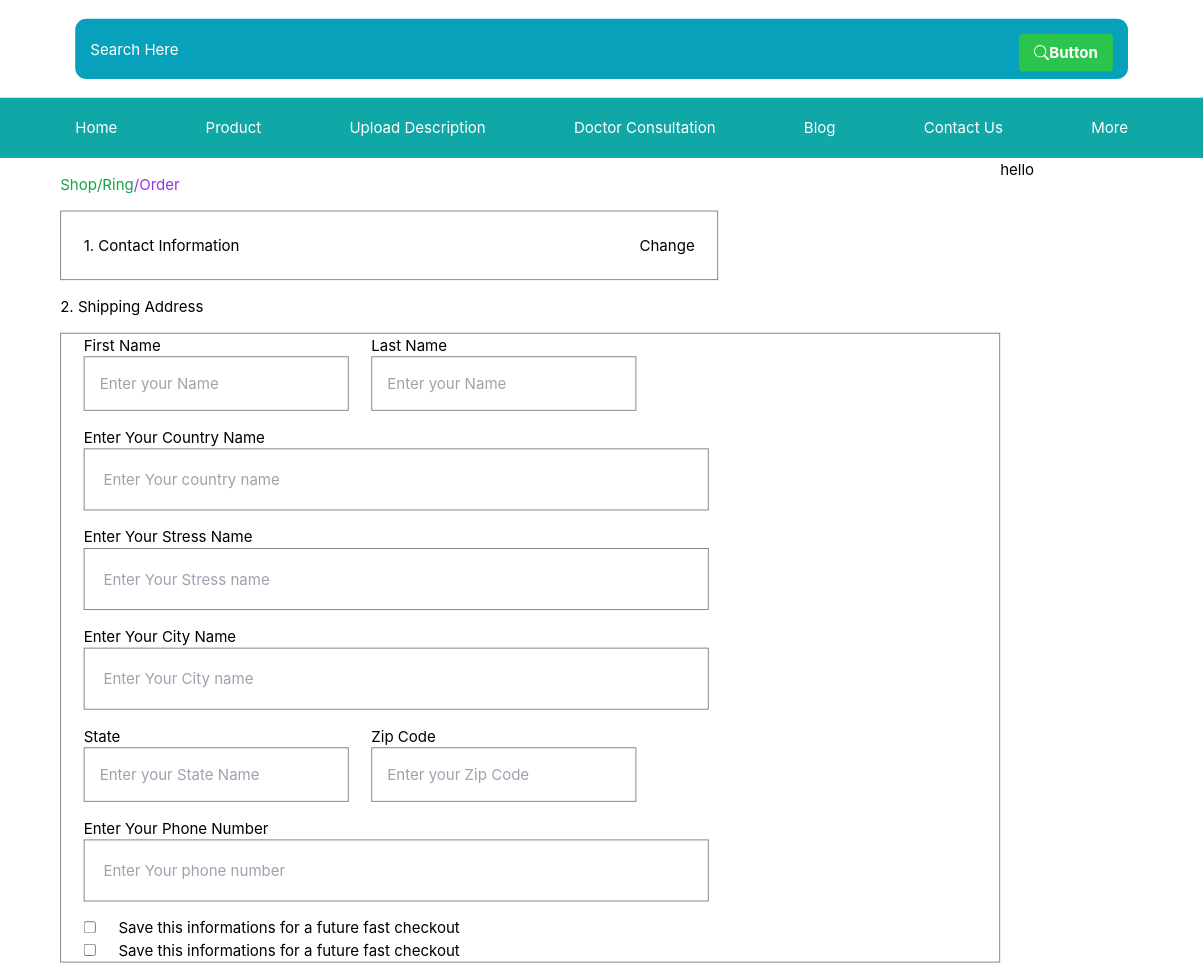
Repository: arafatmollah/form-pharma
Page: /
The author's editor kept a copy of each file at every save. The page is drawn from the files as they stood at one save, then again after the next save.
The browser window is 1280 px wide. The pictures show the whole page, at 94% of full size.
The project was rebuilt for these pictures with package versions that can differ from the ones it lists, and the page was loaded fresh each time.

Above is the page before, as saved 2023-03-15 00:09:44.

After the next save:
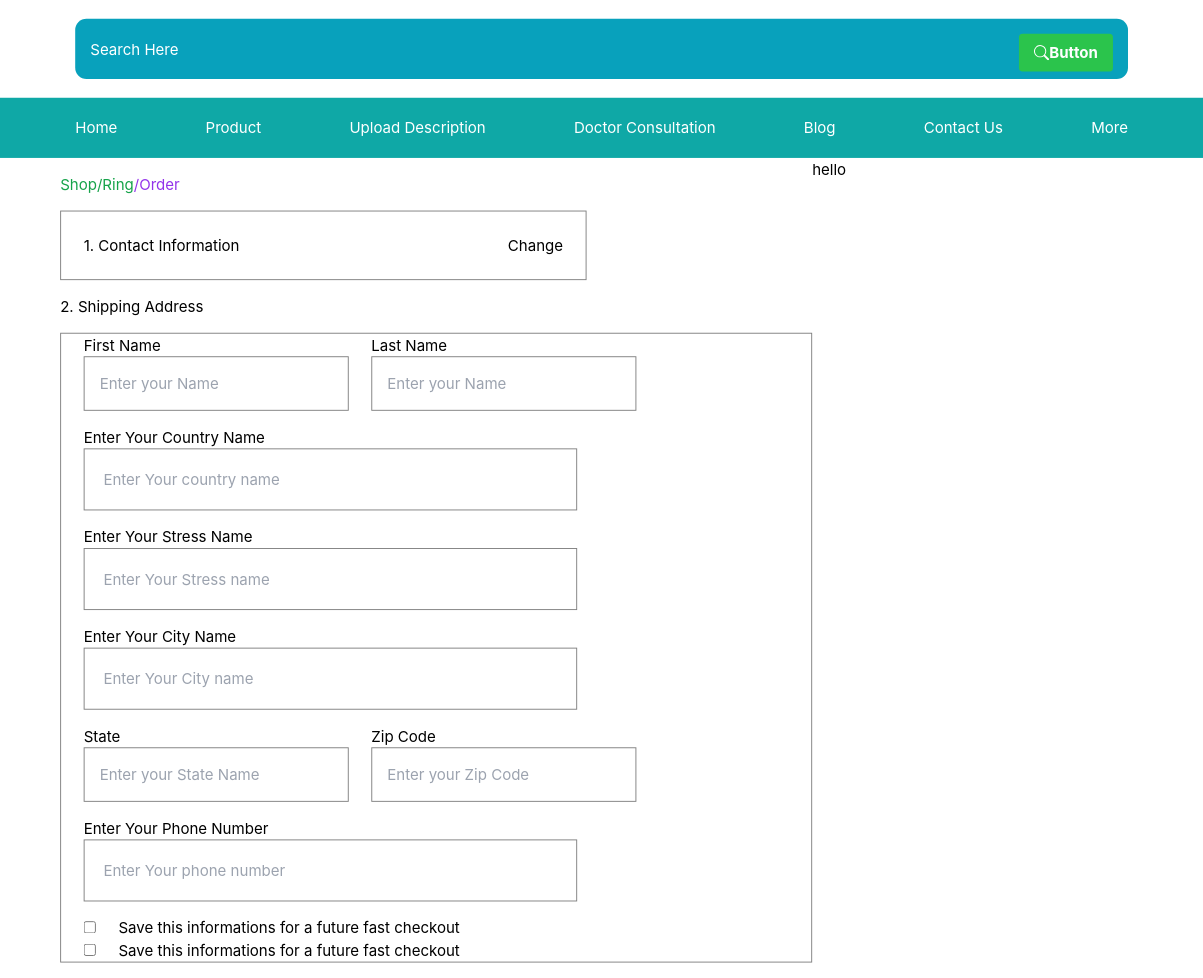
Saved 14 s later.
--- a/src/App.css
+++ b/src/App.css
@@ -27,7 +27,7 @@
 }
 .information{
   display: grid;
-  grid-template-columns: 1000px 200px;
+  grid-template-columns: 800px 200px;
 }
 .form{
   border: 1px solid gray;
